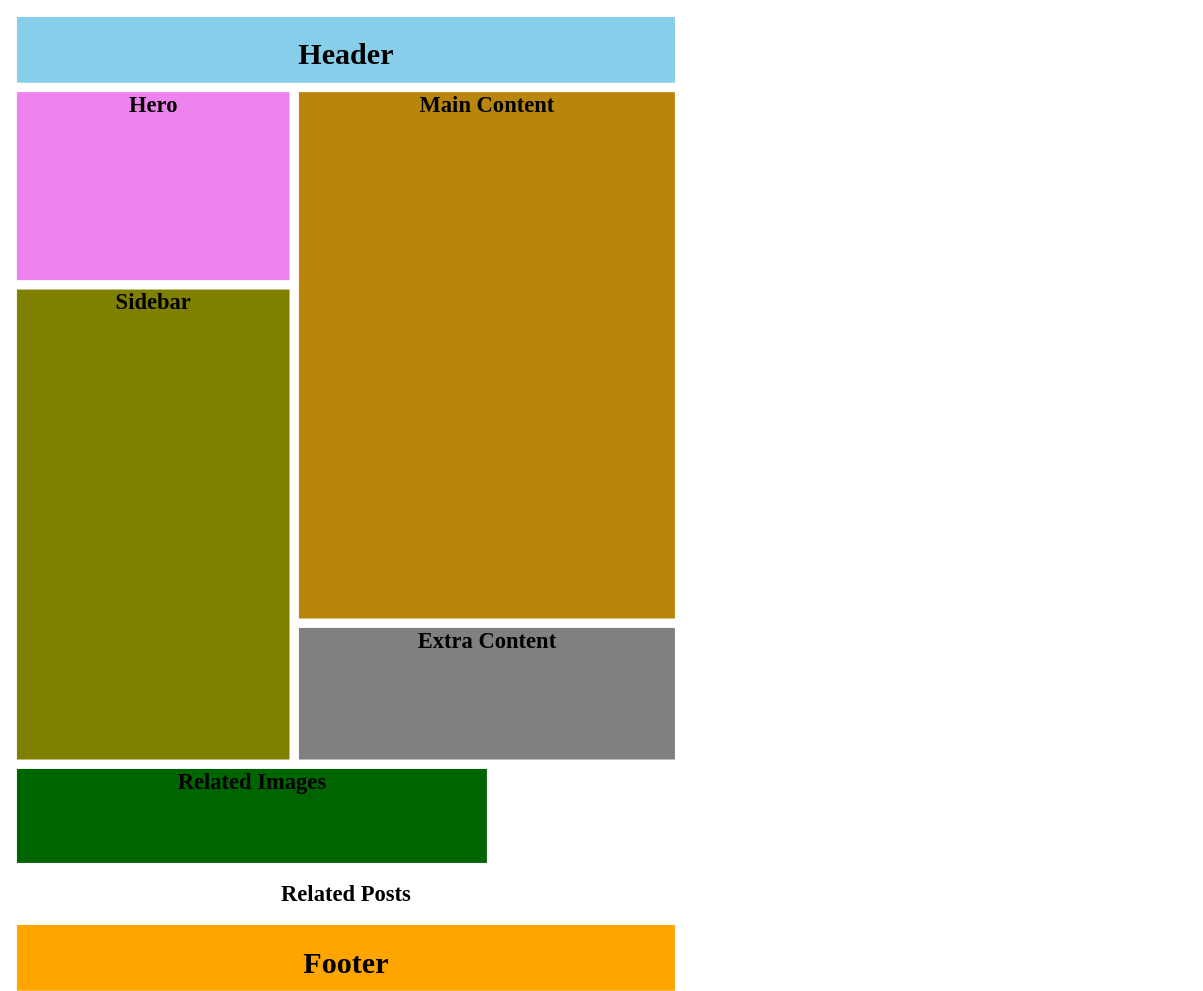
Repository: harshitanthal1/assignments_avisoft
Page: 01-02-2024/assignment_2/index.html
The author's editor kept a copy of each file at every save. The page is drawn from the files as they stood at one save, then again after the next save.
The browser window is 1280 px wide. The pictures show the whole page, at 94% of full size.

Above is the page before, as saved 2024-02-01 18:26:46.

### 01-02-2024/assignment_2/index.html
<!DOCTYPE html>
<html lang="en">
<head>
    <meta charset="UTF-8">
    <meta name="viewport" content="width=device-width, initial-scale=1.0">
    <title>Assignment 2</title>
    <link rel="stylesheet" href="styles/styles.css" />
</head>
<body>
    <div id="main-sec">
       <div id="header"><h1>Header</h1></div>
       <div id="main">
           <div id="sec1"><h2>Hero</h2></div>
           <div id="sec2"><h2>Main Content</h2></div>
           <div id="sec3"><h2>Sidebar</h2></div>
           <div id="sec4"><h2>Extra Content</h2></div>
           <div id="sec5"><h2>Related Images</h2></div>
           <div id="sec6"><h2>Related Posts</h2></div>
       </div>
       <div id="footer"><h1>Footer</h1></div>
    </div>
</body>
</html>

### 01-02-2024/assignment_2/styles/styles.css
#main-sec {
    display: flex;
    width: 700px;
    height: 1000px;

    flex-direction: column;
    text-align: center;
    padding: 10px;
}

#header {
    background-color: skyblue;
    width: 700px;
    height: 70px;
    margin-bottom: -10px;

}

#sec1 {
    background-color: violet;
    width: 290px;
    height: 200px;
    margin-right: 10px;
}

#sec2 {
    background-color: darkgoldenrod;
    width: 400px;
    height: 560px;
    margin-left: 300px;
    margin-top: -220px;
}

#sec3 {
    background-color: olive;
    width: 290px;
    height: 500px;
    margin-top: -370px;
}

#sec4 {
    background-color: grey;
    width: 400px;
    height: 140px;
    margin-left: 300px;
    margin-top: -160px;
}

#sec5 {
    background-color: darkgreen;
    width: 500px;
    height: 100px;
    margin-top: -10px;
}

#footer {
    background-color: orange;
    width: 700px;
    height: 70px;

}

After the next save:
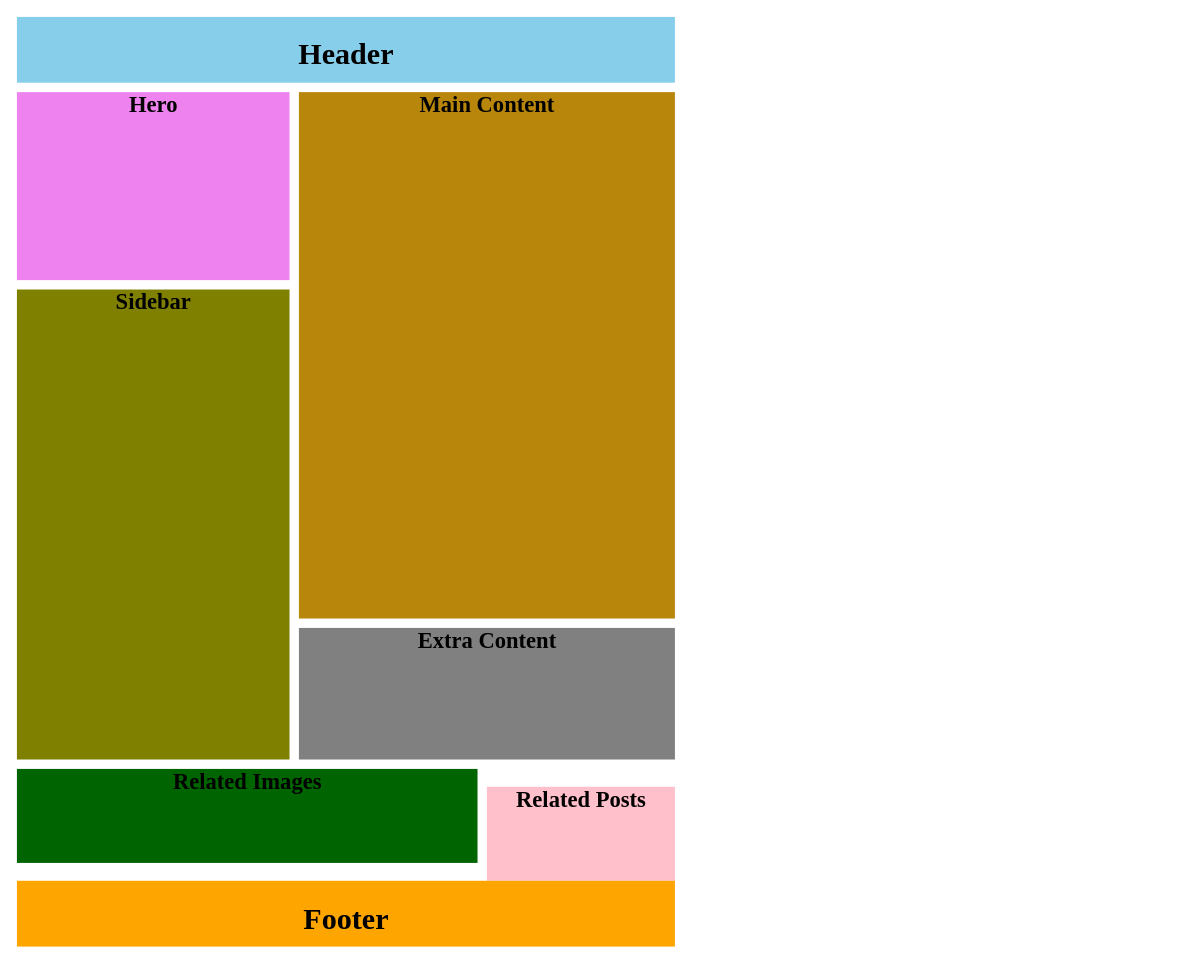
Saved 3 min 13 s later.
--- a/01-02-2024/assignment_2/styles/styles.css
+++ b/01-02-2024/assignment_2/styles/styles.css
@@ -48,9 +48,17 @@
 
 #sec5 {
     background-color: darkgreen;
-    width: 500px;
+    width: 490px;
     height: 100px;
     margin-top: -10px;
+}
+
+#sec6 {
+    background-color: pink;
+    width: 200px;
+    height: 100px;
+    margin-left: 500px;
+    margin-top: -100px;
 }
 
 #footer {
